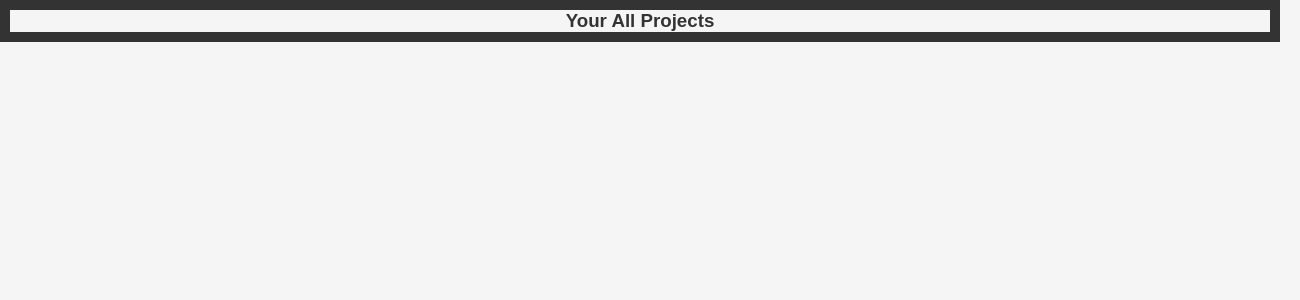
Repository: HAIDAR123654/CodeHuntMvcProject
Page: http://localhost/myportfolio/deleteproject.jsp
The author's editor kept a copy of each file at every save. The page is drawn from the files as they stood at one save, then again after the next save.
The browser window is 1280 px wide. The page is 1280 px wide, then 1300 px, so the pictures cover 1300 px, including what lies to the right of the window. The pictures show the whole page.
The page is served by Tomcat 9. Other server files are loaded and not shown. Queries for data that is not in the repository find no rows.

Above is the page before, as saved 2024-01-26 16:52:42.

### myportfolio/src/main/webapp/deleteproject.jsp
<%@page import="tech.codehunt.pojo.ProjectPojo"%>
<%@page import="java.util.ArrayList"%>
<%@page import="tech.codehunt.dao.ProjectDaoImpl"%>
<%@ page language="java" contentType="text/html; charset=ISO-8859-1"
	pageEncoding="ISO-8859-1"%>
<!DOCTYPE html>
<html lang="en">

<head>
<meta charset="UTF-8">
<meta name="viewport" content="width=device-width, initial-scale=1.0">
<title>Image and Delete Button</title>
<style>
* {
	margin: 0;
	padding: 0;
	font-family: 'Arial', sans-serif;
	background-color: #f5f5f5;
	color: #333;
}

header {
	background-color: #333;
	color: #fff;
	padding: 10px;
	text-align: center;
}

section {
	display: flex;
	align-items: center;
	justify-content: center;
}

img {
	width: 300px;
	border-radius: 5px;
	box-shadow: 0 0 10px rgba(0, 0, 0, 0.1);
}

form {
	margin-top: 20px;
}

button {
	background-color: #333;
	padding: 5px 20px;
	border: none;
	border-radius: 5px;
	cursor: pointer;
	transition: background-color 0.3s;
}

button:hover {
	background-color: orange;
}
</style>
</head>

<body>
	<header>
		<h3>Your All Projects</h3>
	</header>
	<%@include file="messageprint.jsp"%>
	<%
       ArrayList<ProjectPojo>  alpp =  new ProjectDaoImpl().readProject();
       for(ProjectPojo p : alpp){
    %>
	<div class="section">
		<img src="images/myproject/<%=p.getFilename() %>" alt="Project Image">
		<form action="Project" method="post">
			<input type="hidden" value="deleteproject" name="check" /> <input
				type="hidden" value="<%=p.getSn()%>" name="sn" /> <input
				type="hidden" value="<%=p.getFilename()%>" name="filename" />
			<button>Delete</button>
		</form>
	</div>

	<%
          }
    %>
</body>

</html>

### myportfolio/src/main/webapp/messageprint.jsp
<%
String message = (String)session.getAttribute("msg");
if(message != null)
{
%>
<h4 style="text-align: center; color: red;"><%=message%></h4>
<%
}
session.removeAttribute("msg");
%>

### myportfolio/src/main/java/tech/codehunt/dao/ProjectDao.java
package tech.codehunt.dao;

import java.util.ArrayList;

import javax.servlet.http.HttpServletRequest;

import tech.codehunt.pojo.ProjectPojo;

public interface ProjectDao {

	public String uploadProject(String uniqueFileName, HttpServletRequest req);

	public ArrayList<ProjectPojo> readProject();

	public String deleteProject(String fileName, String sn, HttpServletRequest request);

}

### myportfolio/src/main/java/tech/codehunt/dao/ProjectDaoImpl.java
package tech.codehunt.dao;

import java.sql.Connection;
import java.sql.PreparedStatement;
import java.sql.ResultSet;
import java.util.ArrayList;

import javax.servlet.http.HttpServletRequest;

import tech.codehunt.fileio.ProjectIO;
import tech.codehunt.pojo.ProjectPojo;

public class ProjectDaoImpl implements ProjectDao {

	private String sql;
	private Connection con;
	private PreparedStatement ps;
	private String result;
	private int row;
	private ResultSet rs;

	@SuppressWarnings("finally")
	@Override
	public String uploadProject(String uniqueFileName, HttpServletRequest req) {

		try {
			con = ConnectionFactory.getConnection();
			con.setAutoCommit(false);
			sql = "insert into project(filename) values(?)";
			ps = con.prepareStatement(sql);
			ps.setString(1, uniqueFileName);
			row = ps.executeUpdate();

			if (row == 1) {
                result = new ProjectIO().projectWrite(req, uniqueFileName);
                if(result.equals("success")) {
                	con.commit();
                	result = "uploaded";
                }
                else {
                	con.rollback();
                	result = "failed";
                }
			}

		} catch (Exception ex) {
			result = "failed";
			ex.printStackTrace();

		} finally {
			return result;
		}
	}

	@SuppressWarnings("finally")
	@Override
	public ArrayList<ProjectPojo> readProject() {
		ArrayList<ProjectPojo> arrayList = new ArrayList<ProjectPojo>();
		try {
			con = ConnectionFactory.getConnection();
			sql = "select * from project";

			ps = con.prepareStatement(sql);
			rs = ps.executeQuery();

			while(rs.next()) {
				ProjectPojo p = new ProjectPojo(rs.getInt("sn"), rs.getString("filename"));
				arrayList.add(p);
			}

		} catch (Exception ex) {
			ex.printStackTrace();

		} finally {
			return arrayList;
		}
	}

	@SuppressWarnings("finally")
	@Override
	public String deleteProject(String fileName, String sn,
			HttpServletRequest request) {

		try {
			con = ConnectionFactory.getConnection();
			con.setAutoCommit(false);
			sql = "delete from project where sn=?";
			ps = con.prepareStatement(sql);
			ps.setInt(1, Integer.parseInt(sn));
			row = ps.executeUpdate();

			if(row == 1) {
				result = new ProjectIO().projectDelete(request, fileName);
				if(result.equals("success")) {
					con.commit();
					result = "deleted";
				}
				else {
					con.rollback();
					result = "notdeleted";
				}
			}


		} catch (Exception ex) {
			result = "notdeleted";
			ex.printStackTrace();

		} finally {
			return result;
		}
	}

}

### myportfolio/src/main/java/tech/codehunt/dao/ConnectionFactory.java
package tech.codehunt.dao;

import java.sql.Connection;
import java.sql.SQLException;

import com.mysql.cj.jdbc.MysqlDataSource;

public class ConnectionFactory {

	private static Connection con;

	@SuppressWarnings("finally")
	public static Connection getConnection() {

		MysqlDataSource ds = new MysqlDataSource();
		ds.setUrl("jdbc:mysql://localhost:3306/myportfolio_codehunt");
		ds.setUser("root");
		ds.setPassword("HAIDAR@a123");

		try {
			con = ds.getConnection();
		} catch (SQLException e) {
			e.printStackTrace();
		}
		finally {
			return con;
		}
	}

}

After the next save:
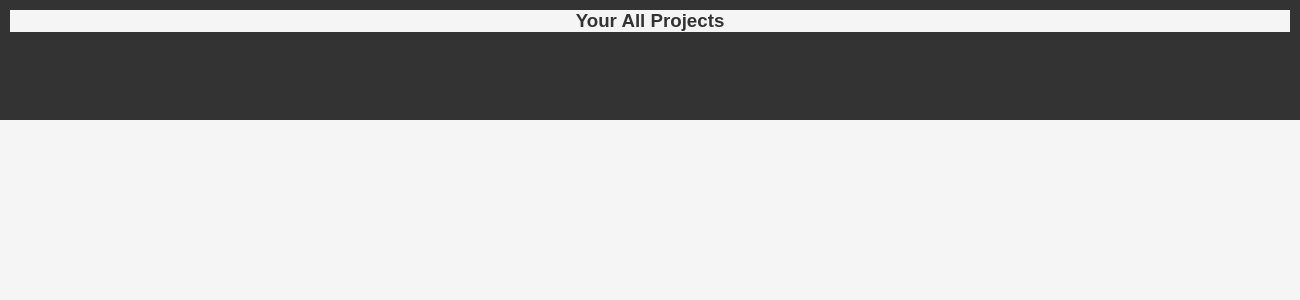
Saved 60 s later.
--- a/myportfolio/src/main/webapp/deleteproject.jsp
+++ b/myportfolio/src/main/webapp/deleteproject.jsp
@@ -24,6 +24,8 @@ header {
 	color: #fff;
 	padding: 10px;
 	text-align: center;
+	width:100vw;
+	height: 100px;
 }
 
 section {
